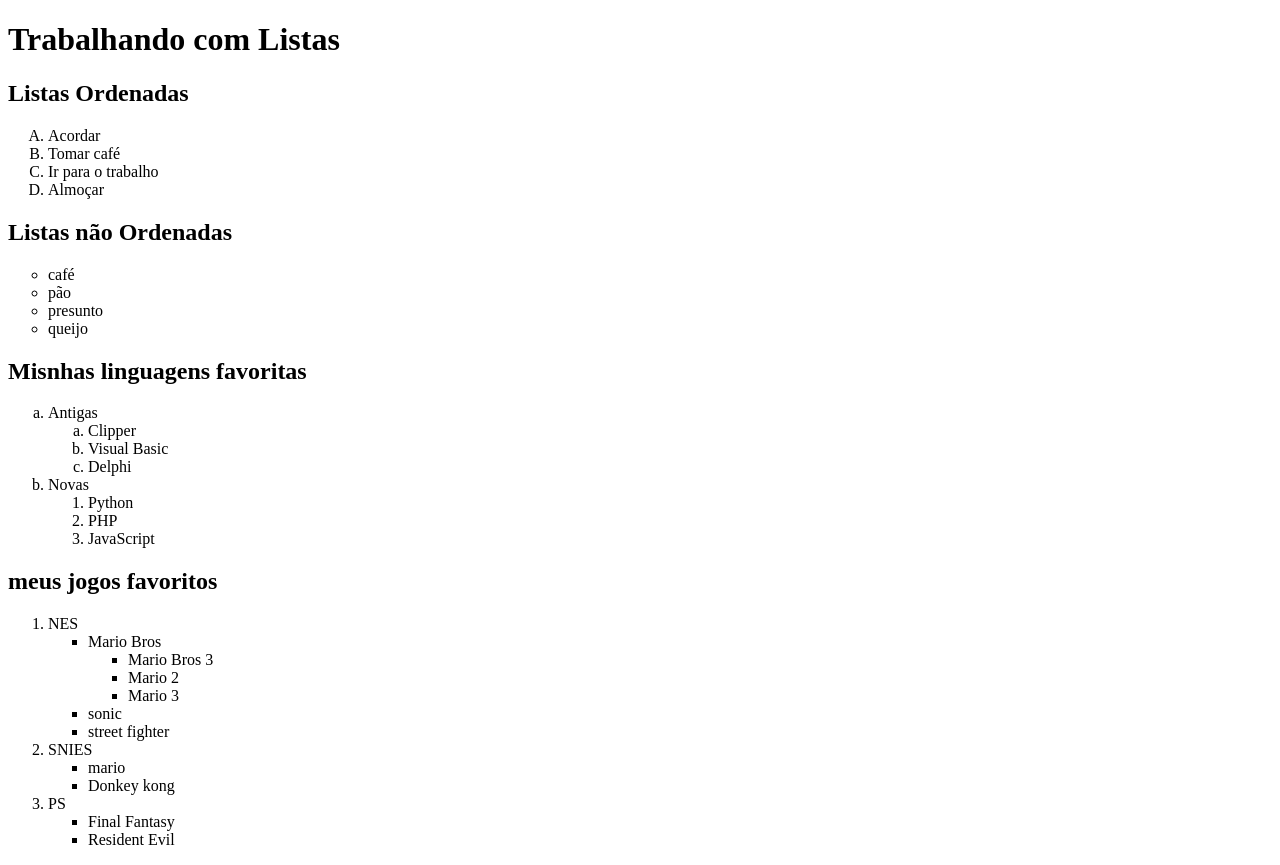
Repository: Iamjordana/html-css
Page: Html Css/Exercicios/ex009/index.html
An editor plug-in stored every save of this project. The page is shown before and after a run of saves, followed by the edit.
The browser window is 1280 px wide. The pictures show the whole page.

Above is the page before, as saved 2025-01-08 18:53:59.

### Html Css/Exercicios/ex009/index.html
<!DOCTYPE html>
<html lang="pt-br">
<head>
    <meta charset="UTF-8">
    <meta name="viewport" content="width=device-width, initial-scale=1.0">
    <title>Listas</title>
</head>
<body>
    <h1>Trabalhando com Listas</h1> <!--Lista Simples-->
    <h2>Listas Ordenadas</h2>
    <ol type="A"> <!--1 A a I i-->
        <li>Acordar</li>
        <li>Tomar café</li>
        <li>Ir para o trabalho</li>
        <li>Almoçar</li>
    </ol>

    <h2>Listas não Ordenadas</h2>
    <ul type = "Circle"> <!--Circle square disc-->
        <li>café</li>
        <li>pão</li>
        <li>presunto</li>
        <li>queijo</li>
    </ul>

<h2>Misnhas linguagens favoritas</h2>
<ol type="a">
    <li>Antigas</li>
    <ol type="a">
        <li>Clipper</li>
        <li>Visual Basic</li>
        <li>Delphi</li>
    </ol>
    <li>Novas </li>
    <ol type="1">
        <li>Python</li>
        <li>PHP</li>
        <li>JavaScript</li>
    </ol>
</ol>
<h2>meus jogos favoritos</h2>
<ol>
    <li>NES</li>
    <ul type="square">
        <li>Mario Bros</li>
        <ul>
            <li>Mario Bros 3</li>
            <li>Mario 2</li>
            <li>Mario 3</li>
        </ul>
        <li>sonic</li>
        <li>street fighter</li>
    </ul>
        <li>SNIES</li>
    <ul type="square">
        <li>mario</li>
        <li>Donkey kong</li>
    </ul>
        <li>PS</li>
    <ul type="square">
        <li>Final Fantasy</li>
        <li>Resident Evil</li>
    </ul>
</ol>
</body>
</html>

After the next 3 saves:
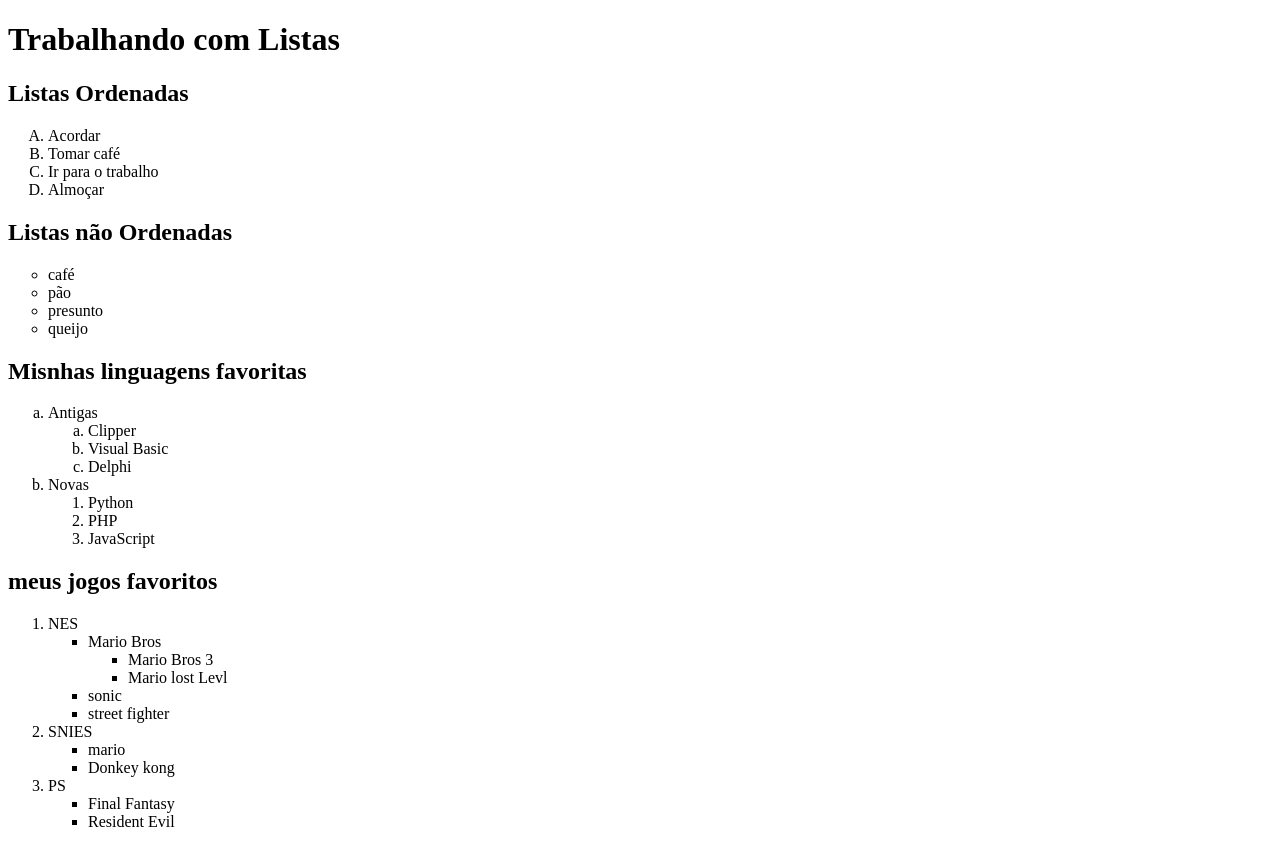
The 3 saves are shown as one change because they came seconds apart.
The last was saved 12 s later.
--- a/Html Css/Exercicios/ex009/index.html
+++ b/Html Css/Exercicios/ex009/index.html
@@ -45,8 +45,7 @@
         <li>Mario Bros</li>
         <ul>
             <li>Mario Bros 3</li>
-            <li>Mario 2</li>
-            <li>Mario 3</li>
+            <li>Mario lost Levl</li>
         </ul>
         <li>sonic</li>
         <li>street fighter</li>
